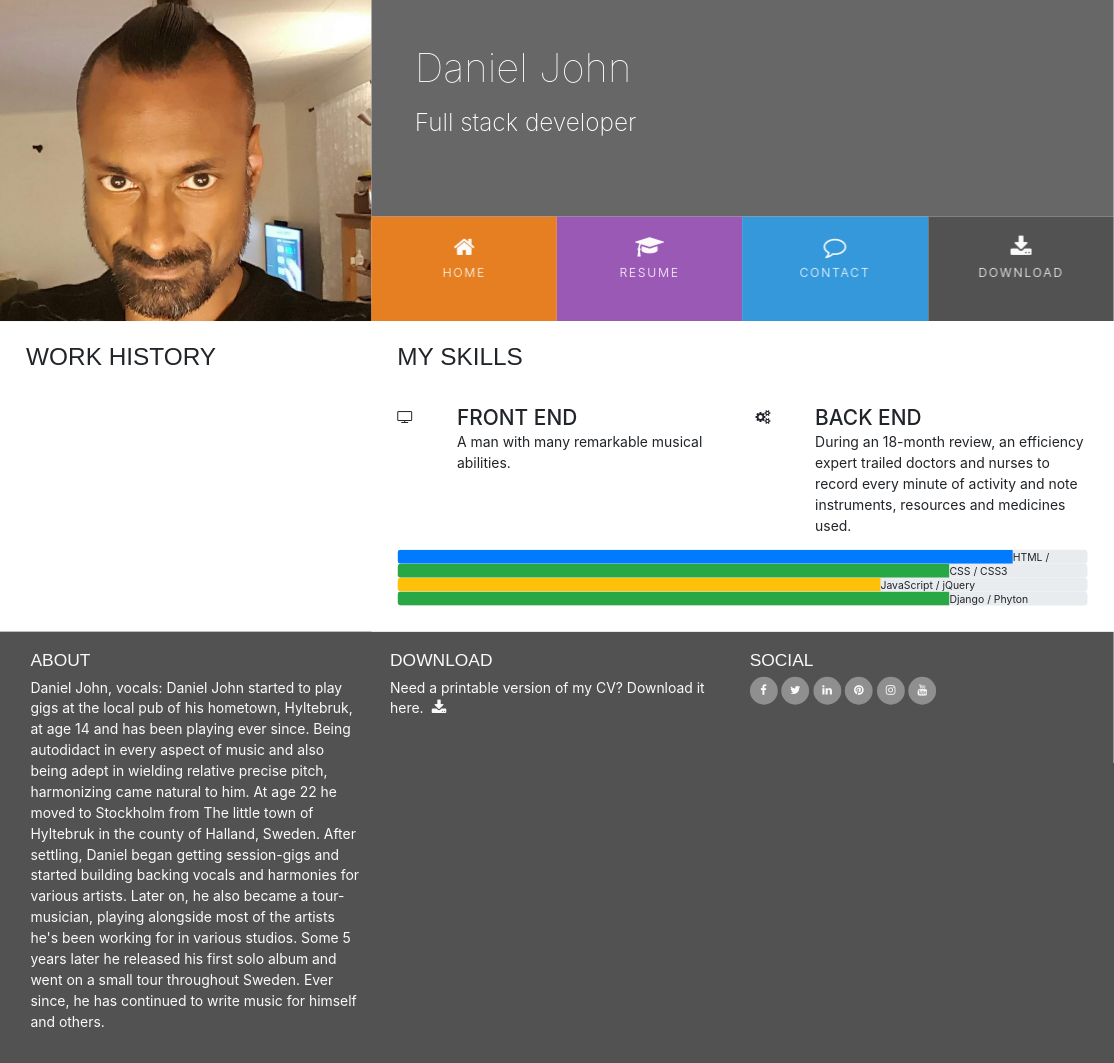
Repository: Jadehammar/initial-commit
Page: resume.html
The author's editor kept a record of every edit. The page is drawn from the files as they stood at one moment, then again after the next edit.
The browser window is 1280 px wide. The pictures show the whole page, at 87% of full size.

Above is the page before.

After the next edit:
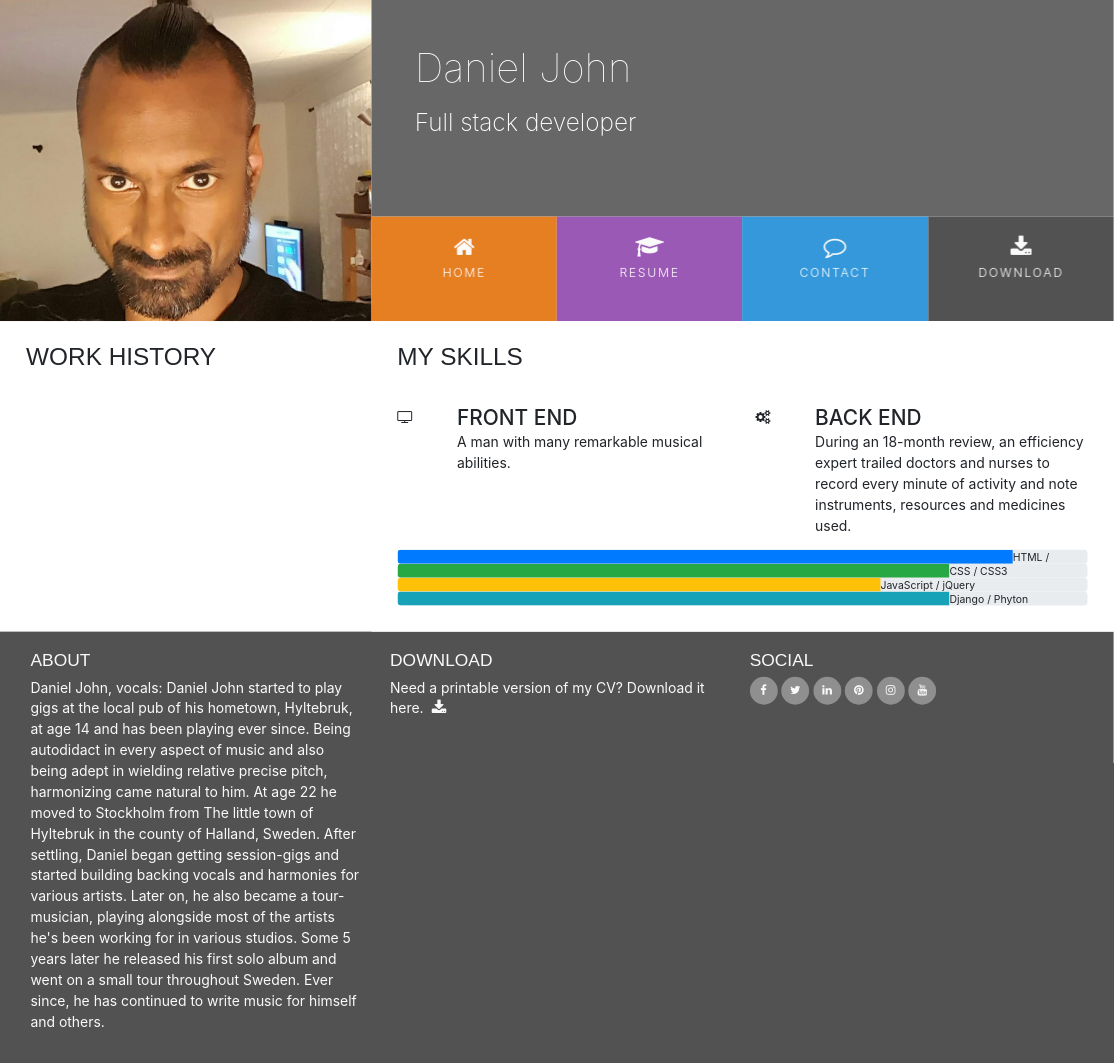
The edit:
--- a/resume.html
+++ b/resume.html
@@ -110,7 +110,7 @@
                             <span class="progress-type">JavaScript / jQuery</span>
                         </div>
                         <div class="progress">
-                            <div class="progress-bar bg-success" role="progressbar" aria-valuenow="80" aria-valuemin="0" aria-valuemax="100" style="width:80%;">
+                            <div class="progress-bar bg-info" role="progressbar" aria-valuenow="80" aria-valuemin="0" aria-valuemax="100" style="width:80%;">
                                 <span class="sr-only">80% complete</span>
                             </div>
                             <span class="progress-type">Django / Phyton</span>
